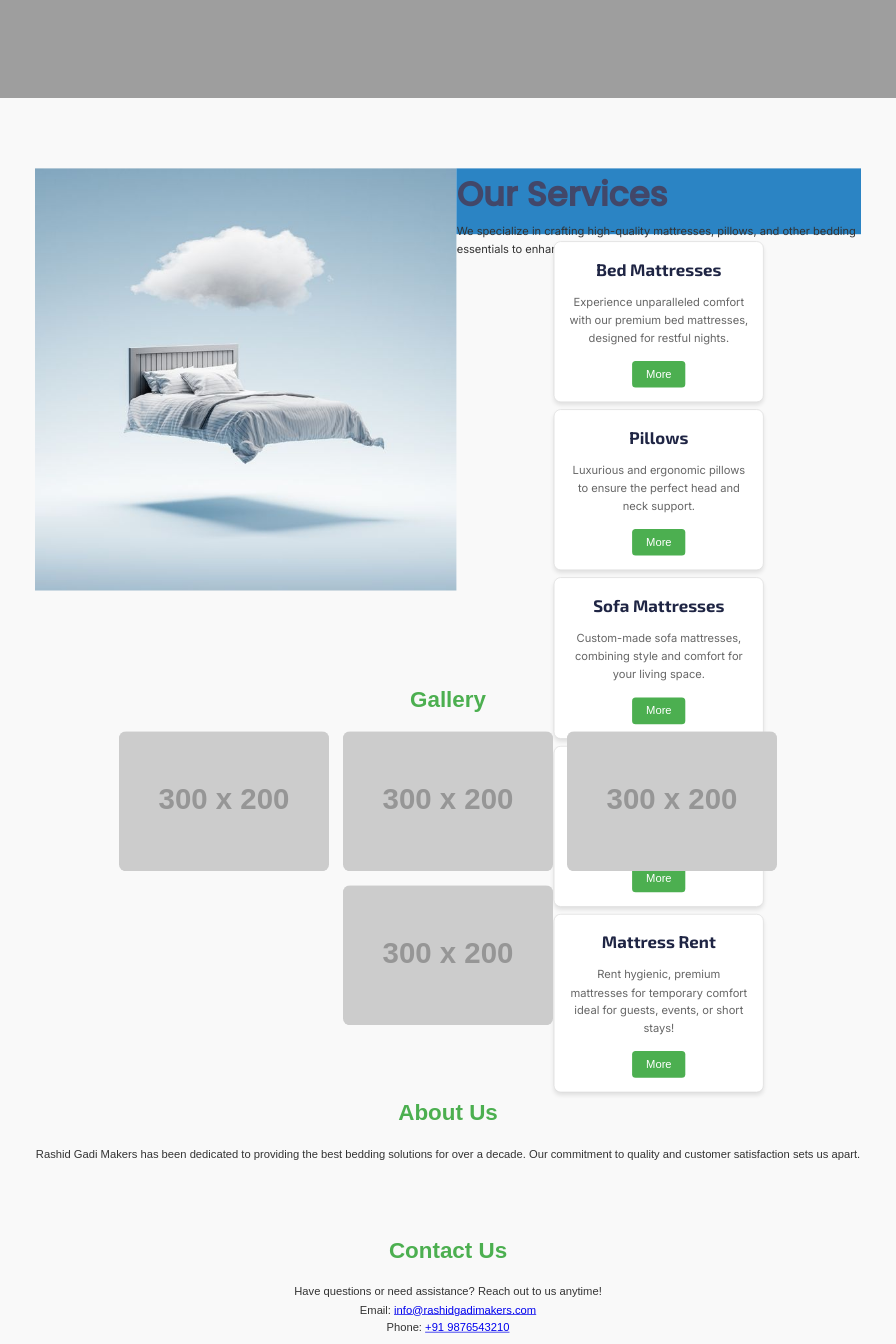
Repository: nadafgroup/rashidgadiUI
Page: src/home.html
An editor plug-in stored every save of this project. The page is shown before and after the next save, followed by the edit.
The browser window is 1280 px wide. The pictures show the part of the page from y = 421 to 2341 px (the page is 2446 px tall), at 70% of full size.
Pictures or frames that could not be fetched are drawn as grey boxes.

Above is the page before, as saved 2025-01-23 12:00:38.

### src/home.html
<!DOCTYPE html>
<html lang="en">
<head>
    <meta charset="UTF-8">
    <meta name="viewport" content="width=device-width, initial-scale=1.0">
    <title>Rashid Gadi Makers</title>
   <link rel="stylesheet" href="./home.css">
</head>
<body>
    <!-- Navbar -->
    <nav class="navbar">
        <div class="logo">Rashid Gadi Makers</div>
        <ul>
            <li><a href="#home">Home</a></li>
            <li><a href="#services">Services</a></li>
            <li><a href="#gallery">Gallery</a></li>
            <li><a href="#about">About Us</a></li>
            <li><a href="#contact">Contact Us</a></li>
        </ul>
    </nav>

    <!-- Hero Section -->
    <div class="hero" id="home">
        <div class="content">
            <h1>Welcome to Rashid Gadi Makers</h1>
            <p>Your one-stop solution for premium mattresses and pillows.</p>
        </div>
    </div>

    <!-- Services Section -->
    <section  class="services" id="services">

        <div class="container">
            <img src="../assets/img/2.jpg" alt="">

        <div class="services-container">
            <div class="text">
            <h2>Our Services</h2>
            <p>We specialize in crafting high-quality mattresses, pillows, and other bedding essentials to enhance your comfort and well-being.</p>
        </div>
            <div class="service-card">
                <h3>Bed Mattresses</h3>
                <p>Experience unparalleled comfort with our premium bed mattresses, designed for restful nights.</p>
                <button class="btn-more">More</button>
            </div>
            <div class="service-card">
                <h3>Pillows</h3>
                <p>Luxurious and ergonomic pillows to ensure the perfect head and neck support.</p>
                <button class="btn-more">More</button>
            </div>
            <div class="service-card">
                <h3>Sofa Mattresses</h3>
                <p>Custom-made sofa mattresses, combining style and comfort for your living space.</p>
                <button class="btn-more">More</button>
            </div>
            <div class="service-card">
                <h3>Mattress Repair</h3>
                <p>Extend the life of your mattresses with our professional repair services.</p>
                <button class="btn-more">More</button>
            </div>
            <div class="service-card">
                <h3>Mattress Rent</h3>
                <p>Rent hygienic, premium mattresses for temporary comfort ideal for guests, events, or short stays!</p>
                <button class="btn-more">More</button>
            </div>
        </div>
    </div>
    </section>

    <!-- Gallery Section -->
    <section id="gallery">
        <h2>Gallery</h2>
        <div class="gallery">
            <img src="https://via.placeholder.com/300x200" alt="Gallery Image 1">
            <img src="https://via.placeholder.com/300x200" alt="Gallery Image 2">
            <img src="https://via.placeholder.com/300x200" alt="Gallery Image 3">
            <img src="https://via.placeholder.com/300x200" alt="Gallery Image 4">
        </div>
    </section>

    <!-- About Us Section -->
    <section id="about">
        <h2>About Us</h2>
        <p>Rashid Gadi Makers has been dedicated to providing the best bedding solutions for over a decade. Our commitment to quality and customer satisfaction sets us apart.</p>
    </section>

    <!-- Contact Section -->
    <section id="contact">
        <h2>Contact Us</h2>
        <p>Have questions or need assistance? Reach out to us anytime!</p>
        <p>Email: <a href="mailto:info@rashidgadimakers.com">info@rashidgadimakers.com</a></p>
        <p>Phone: <a href="tel:+919876543210">+91 9876543210</a></p>
    </section>

    <!-- Footer -->
    <footer>
        <p>&copy; 2025 Rashid Gadi Makers. All Rights Reserved.</p>
    </footer>
</body>
</html>

### src/home.css
@font-face {
    font-family: 'poppins';
    src: url('../assets/fonts/Poppins/Poppins-Medium.ttf') format('truetype');
}



@font-face {
    font-family: 'inter';
    src: url('../assets/fonts/Inter/Inter-VariableFont_opsz\,wght.ttf') format('truetype');
}

@font-face {
    font-family: 'Exo';
    src: url('../assets/fonts/Exo2-VariableFont_wght.ttf') format('truetype');
}

 /* Reset and Basic Styling */
 * {
    margin: 0;
    padding: 0;
    box-sizing: border-box;
}

body {
    font-family: Arial, sans-serif;
    line-height: 1.6;
    background-color: #f9f9f9;
    color: #333;
}

/* Navbar Styles */
.navbar {
    display: flex;
    justify-content: space-between;
    align-items: center;
    padding: 10px 20px;
    background-color: #4CAF50;
    color: white;
    position: sticky;
    top: 0;
    z-index: 1000;
}

.navbar .logo {
    font-size: 1.5rem;
    font-weight: bold;
}

.navbar ul {
    list-style: none;
    display: flex;
}

.navbar ul li {
    margin: 0 15px;
}

.navbar ul li a {
    text-decoration: none;
    color: white;
    transition: color 0.3s;
}

.navbar ul li a:hover {
    color: #ddd;
}

/* Hero Section */
.hero {
    display: flex;
    justify-content: center;
    align-items: center;
    text-align: center;
    background: url('../assets/img/1.png') no-repeat center center/cover;
    /* color: white; */
    height: 70vh;
    padding: 20px;
    animation: fadeIn 1.5s ease-in-out;
}

@keyframes fadeIn {
    from {
        opacity: 0;
        transform: translateY(-20px);
    }
    to {
        opacity: 1;
        transform: translateY(0);
    }
}



.content{
    backdrop-filter: blur(1px) saturate(180%);
    -webkit-backdrop-filter: blur(1px) saturate(180%);
    background-color: rgba(255, 255, 255, 0.74);
    border-radius: 12px;
    border: 1px solid rgba(209, 213, 219, 0.3);
    padding: 20px;
}

.content h1 {
    font-size: 3rem;
    background: linear-gradient(to right, #5c5cbe, #2b84c4);
    -webkit-background-clip: text;
    -webkit-text-fill-color: transparent;
    font-family: 'poppins';
}

.content p {
    font-size: 1.2rem;
    font-family: 'inter';

}

/* service */
/* Services Section Styling */



.container{
    height: 92vh;
    padding: 30px;
    margin-top: 20px;
    display: flex;

}

.services-container {
    display: flex;
    flex-wrap: wrap;
    justify-content: center;
    gap: 10px;
    /* margin-top: 20px; */
    text-align: left;
    margin-top: 0px;
    padding: 0px;
}



.text{
    background-color: #2b84c4;
    height: 13vh;
}


.text h2{
    font-family: 'poppins';
    font-size: 3rem;
    margin-bottom: 0px;
    text-align: left;
    color: #424769;

}

.text p{
    font-family: 'inter'
}

.service-card {
    background-color: white;
    border: 1px solid #ddd;
    border-radius: 10px;
    box-shadow: 0 4px 6px rgba(0, 0, 0, 0.1);
    width: 300px;
    padding: 20px;
    text-align: center;
    transition: transform 0.3s, box-shadow 0.3s;
}

.service-card:hover {
    transform: translateY(-5px);
    box-shadow: 0 6px 10px rgba(0, 0, 0, 0.2);
}

.service-card h3 {
    font-size: 1.5rem;
    color: #1F2544;
    margin-bottom: 15px;
    font-family: 'Exo';

}

.service-card p {
    font-size: 1rem;
    color: #666;
    margin-bottom: 20px;
    font-family: 'inter';
}

.btn-more {
    background-color: #4CAF50;
    color: white;
    border: none;
    border-radius: 5px;
    padding: 10px 20px;
    cursor: pointer;
    font-size: 1rem;
    transition: background-color 0.3s;
}

.btn-more:hover {
    background-color: #45a049;
}


/* Section Styles */
section {
    padding: 50px 20px;
    text-align: center;
}

section h2 {
    margin-bottom: 20px;
    font-size: 2rem;
    color: #4CAF50;
}

.gallery {
    display: flex;
    flex-wrap: wrap;
    justify-content: center;
    gap: 20px;
}

.gallery img {
    width: 300px;
    height: 200px;
    object-fit: cover;
    border-radius: 10px;
}

/* Footer Styles */
footer {
    text-align: center;
    padding: 20px;
    background-color: #4CAF50;
    color: white;
}

/* Responsive Design */
@media (max-width: 768px) {
    .hero h1 {
        font-size: 2.5rem;
    }

    .gallery img {
        width: 100%;
        max-width: 400px;
    }
}

After the next save:
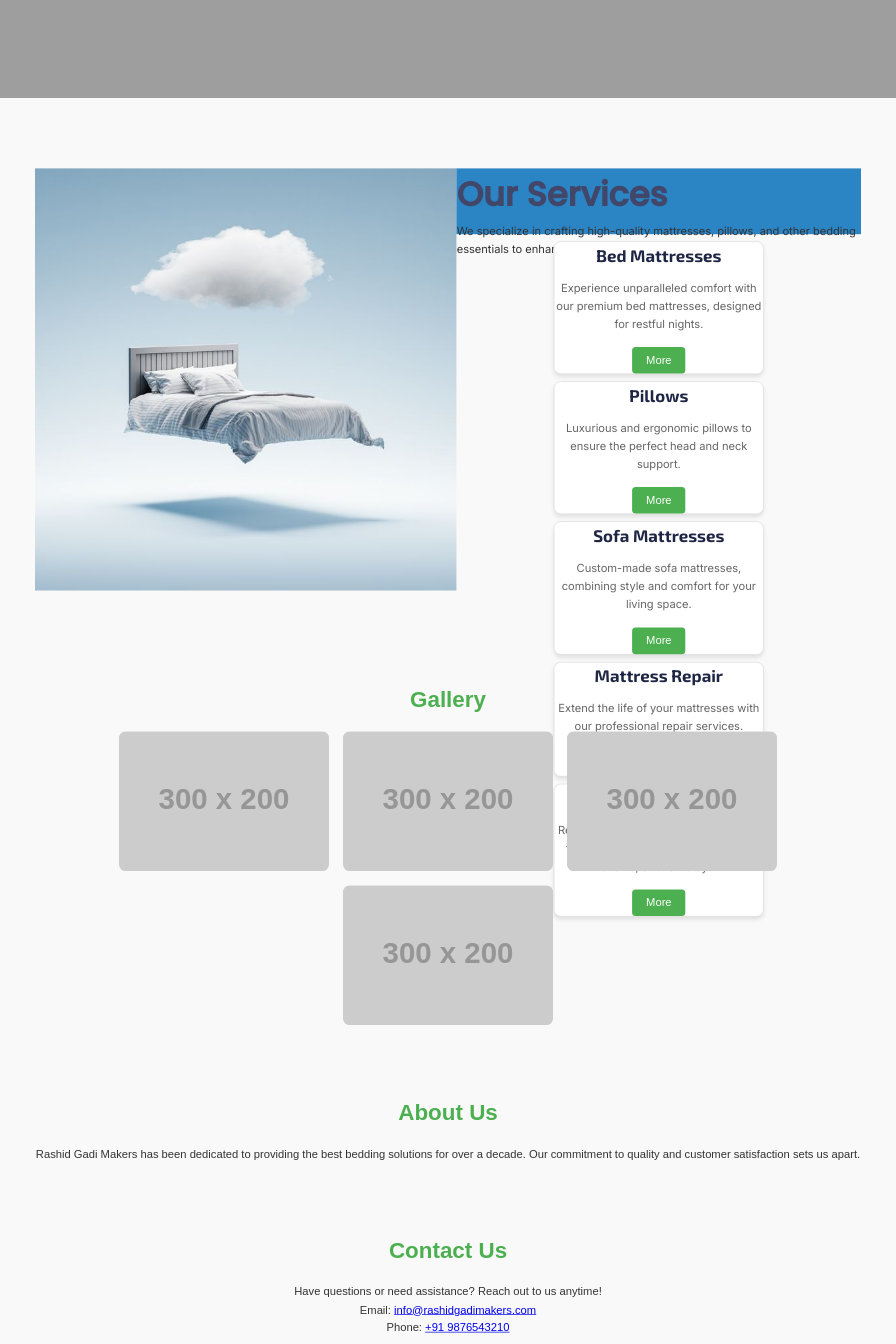
Saved 50 s later.
--- a/src/home.css
+++ b/src/home.css
@@ -166,7 +166,7 @@
     border-radius: 10px;
     box-shadow: 0 4px 6px rgba(0, 0, 0, 0.1);
     width: 300px;
-    padding: 20px;
+    /* padding: 20px; */
     text-align: center;
     transition: transform 0.3s, box-shadow 0.3s;
 }

After the save that followed:
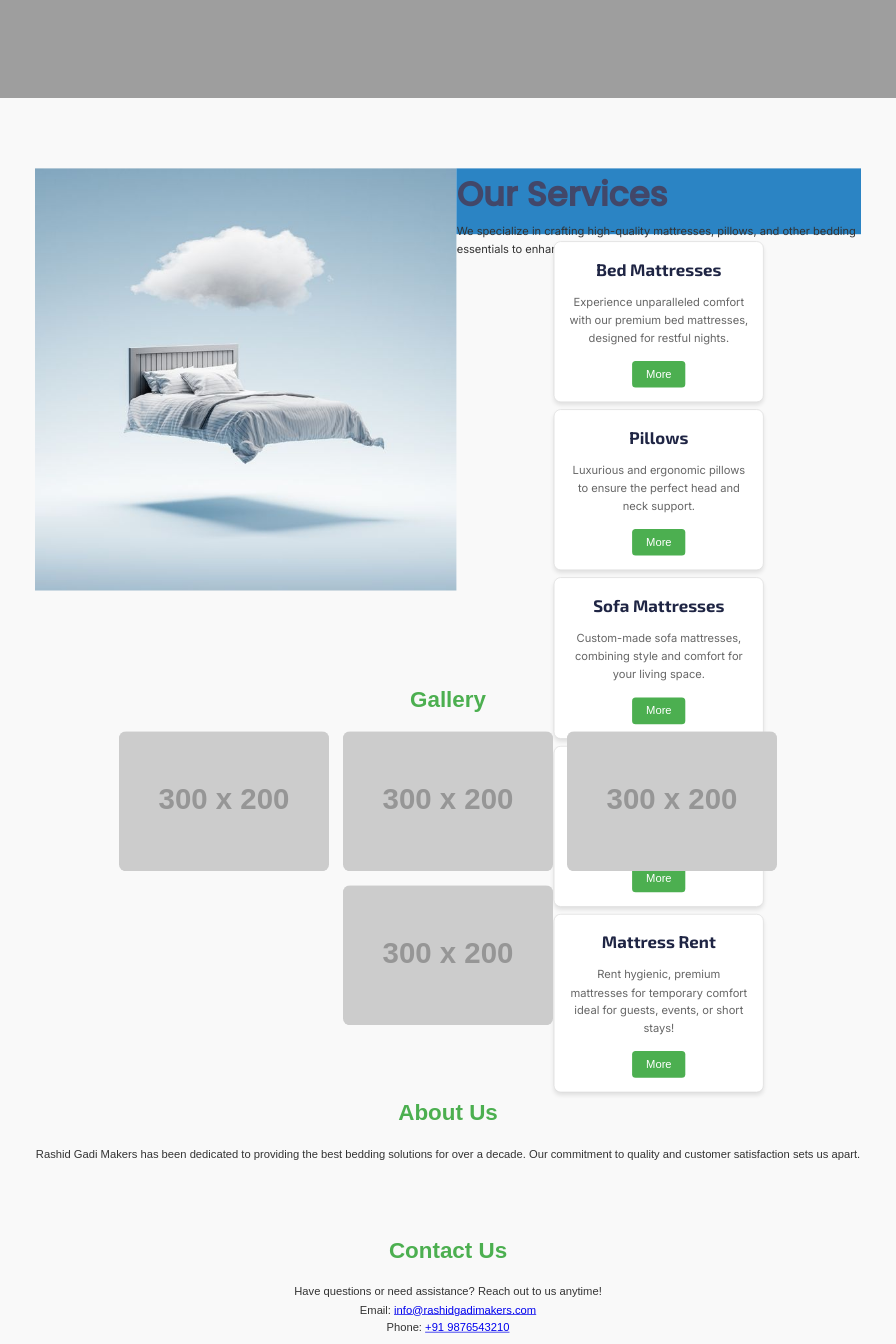
Saved 6 s later.
--- a/src/home.css
+++ b/src/home.css
@@ -166,7 +166,7 @@
     border-radius: 10px;
     box-shadow: 0 4px 6px rgba(0, 0, 0, 0.1);
     width: 300px;
-    /* padding: 20px; */
+    padding: 20px;
     text-align: center;
     transition: transform 0.3s, box-shadow 0.3s;
 }
